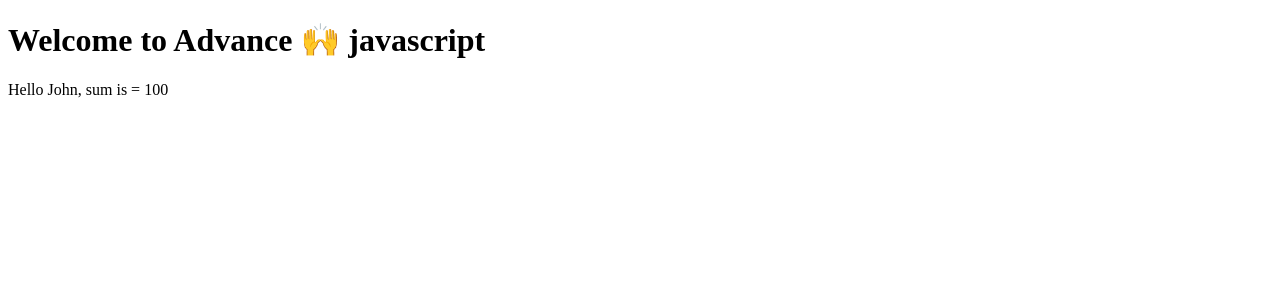
Repository: Gulzarokz/Advance_javascript
Page: index.html
An editor plug-in stored every save of this project. The page is shown before and after the next save, followed by the edit.
The browser window is 1280 px wide. The pictures show the whole page.

Above is the page before, as saved 2026-01-01 22:52:32.

### index.html
<!DOCTYPE html>
<html lang="en">

<head>
    <meta charset="UTF-8">
    <meta name="viewport" content="width=device-width, initial-scale=1.0">
    <title>Advance 🙌 javascript</title>
</head>

<body>
    <h1>Welcome to Advance 🙌 javascript</h1>

    <script src="./index.js"></script>
</body>

</html>

### index.js
// This is the main JavaScript file for the Advance 🙌 javascript project
//var, let and const
//two versions of javascript
//ES5 - 2009
//ES6 old var, let - 2015 new version const and let

// we will used both version of es6 and es5
// es5 - var
// es6 - let and const
// difference between var, let and const
// 1. var is function scoped
// var add self into window object
// function testVar() {
//     for (var i = 0; i < 5; i++) {
//         console.log(i);
//     }
//     console.log(i);

// }
// testVar();
//    let are  block scoped
// let con't add self into window object
// function testLet() {
//     for (let i = 0; i < 5; i++) {
//         console.log(i);
//     }
//     console.log(i);

// }
// testLet();
// 2. var can be re-declared and updated
//    let can be updated but not re-declared
//    const can neither be updated nor re-declared
//

// practical of var, let and const

// var a = 10;
// var a = 20; // re-declared
// a = 30; // updated
// console.log("var a:", a); // 30
// scopping difference
// if (1 == 1) {
//     var x = 10; // function scoped
// }
// console.log(x);

// let
// let b = 10;
// let b = 15; // re-declared error
// b = 20; // updated
// console.log(b);
// if (1 == 1) {
//     let x = 10; // function scoped
//     console.log(x);

// }
// console.log(x);

// const  cannot be updated or re-declared
// const c = 10;
// const c = 20;
// c = 30;
// console.log(c);

// if (1 == 1) {
//     const  x = 10; // function scoped
//     console.log(x);

// }
// console.log(x);
// ====================================================================
// Templete Literals
// ======================================

// var user = "John";
// var greeting = "Hello " + user; before es6 and template literals
// var greeting = `Hello ${user}; welcome to template literals`
// console.log(greeting);

// used in function
// var fName = "John";
// var lName = "Doe";
// function fullName(fName, lName) {
//     return `Your full name is ${fName} ${lName}`;
// }

// let result = fullName(fName, lName);
// console.log(result);

//  ====================================================================
// Arrow Functions
// ======================================
//  funcation add(a, b) { normal function
//         return a + b;
//  }
//  add(5, 10); // 15

// let add = function(a, b){ // function expression
//     return a + b;
// }
// add(5, 10); // 15
//  arrow function
// let add = (a, b) => {
//     return a + b;
// }
// let result = add(5, 10); // 15
// console.log(result);

//  ====================================================================
// Rest operator
// ======================================

// let sum = (name, ...args) => {

//     console.log(`Hello ${name}`);
//     let sum = 0;
//     for (let i in args) {
//         sum += args[i];
//     }
//     return sum;
// }
// console.log(sum("John", 1, 2, 3, 4, 5)); // 15

//  ====================================================================
// var , let , const
// ======================================

// var a = "I am var";
// var a = "Hello " can be re-declared
// a = "world"       can be re-assign
// console.log(a);

// const
// const a = "I am const";
// // var a = "Hello " cannot be re-declared
// // a = "world"      cannot be re-assign
// console.log(a);
// // a = "world"
// console.log(a);

// let

// let a = "i am let";
// let a = "world";  cannot be re-declared
// a = "hello";      // can be re-assign
// a = "hello";
// console.log(a);

// if (1 == 1) {
//     var a = "hello"
//     console.log(a);

// }
// console.log(a);

// if (1 == 1) {
//     let a = "hello"
//     console.log(a);

// }
// console.log(a);


// if (1 == 1) {
//     const a = "hello"
//     console.log(a);

// }
// console.log(a);

// templet staring and templet literals

// let user = "gulzar khan";
// let marks = 550;
// // console.log("Hello" +  user);
// // console.log(`Hello ${user}, welcome to templet literals`);
// console.log(`Hello ${user}, your marks is = ${marks}`);

// let fName = "Gulzar";
// let lName = "Khan";

// function fullName(fName, lName) {
//     return `your fullName is ${fName} ${lName}`;
// }

// let result = fullName(fName, lName);
// console.log(result);

// rest operator

// function sum(name, ...args) {
//     let sum = 0;

//     for (let i in args) {
//         sum += args[i]
//     }
//     // console.log(sum);
//     document.writeln(`Hello ${name}, sum is  = ${sum}`);


// }

// sum("John", 23, 21, 34)
// sum("John", 23, 21)

// spread operator

// let arr1 = [1, 2, 3];
// let arr2 = [4, 5, 6];
// let arr3 = [...arr1, ...arr2];
// console.log(arr3);


function sum(name, ...args) {
    let sum = 0;

    for (let i in args) {
        sum += args[i]
    }
    document.writeln(`Hello ${name}, sum is  = ${sum}`);

}
let arr = [10, 20, 30, 40];

sum("John", ...arr);

After the next save:
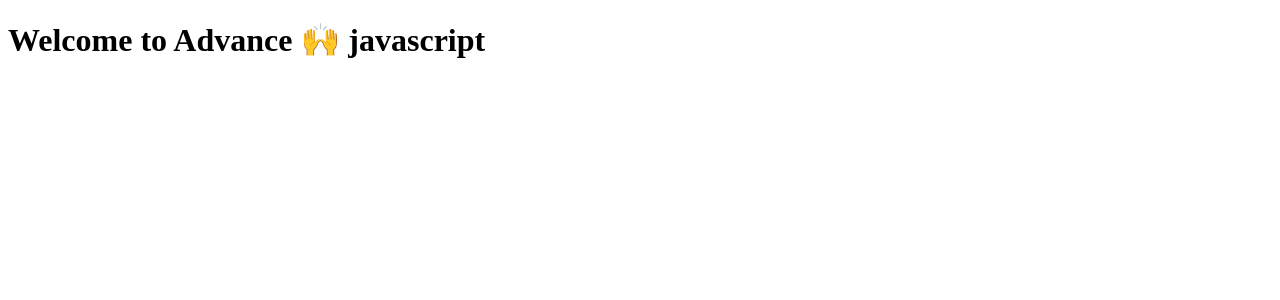
Console error: SyntaxError: Unexpected token 'const'
Saved 12 min 35 s later.
--- a/index.js
+++ b/index.js
@@ -212,15 +212,27 @@
 // console.log(arr3);
 
 
-function sum(name, ...args) {
-    let sum = 0;
-
-    for (let i in args) {
-        sum += args[i]
-    }
-    document.writeln(`Hello ${name}, sum is  = ${sum}`);
-
-}
-let arr = [10, 20, 30, 40];
-
-sum("John", ...arr);
+// function sum(name, ...args) {
+//     let sum = 0;
+
+//     for (let i in args) {
+//         sum += args[i]
+//     }
+//     document.writeln(`Hello ${name}, sum is  = ${sum}`);
+
+// }
+// let arr = [10, 20, 30, 40];
+
+// sum("John", ...arr);
+
+const object1 = {
+    name: "Gulzar",
+    age: 30,
+    city: "New York"
+},
+
+const boject2 = {
+    name: "John",
+    age: 25,
+    country: "USA"
+};
